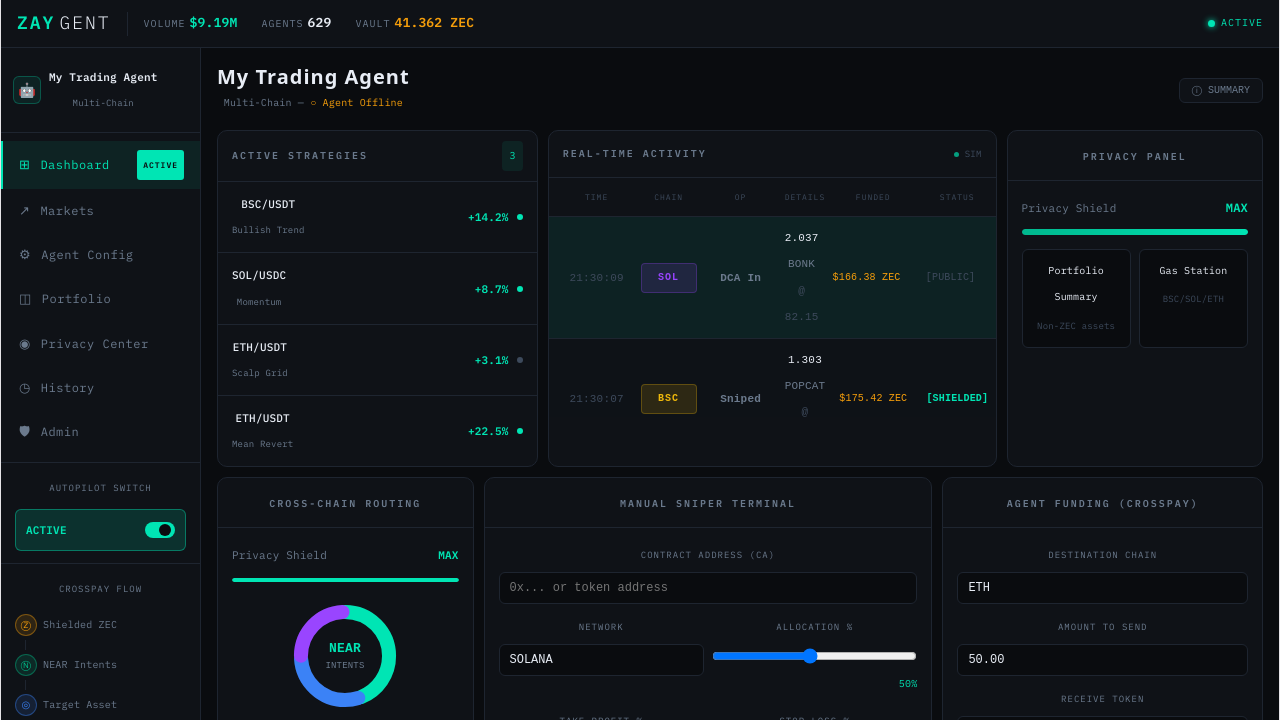
Repository: joshuaonazi/ZayAgent
Page: / (app in zaygent/)
The author's editor kept a copy of each file at every save. The page is drawn from the files as they stood at one save, then again after the next save.
The browser window is 1280 px wide. The pictures show the whole page.
The page's requests for data from a server got no answer. An inner scrolling area shows only its first screen. The project was rebuilt for these pictures with package versions that can differ from the ones it lists, and the page was loaded fresh each time. No one was signed in, and anything a server would have sent is missing. Also part of the build but not shown: zaygent/vite.config.js, zaygent/src/components/StatCard.jsx, zaygent/src/pages/Markets.jsx, zaygent/src/pages/AgentConfig.jsx, zaygent/src/components/PnLCard.jsx, zaygent/src/components/PnLCardModal.jsx, zaygent/src/hooks/useAgentPositions.js, zaygent/src/pages/Portfolio.jsx and 3 more.

Above is the page before, as saved 2026-06-19 22:10:54.

After the next save:
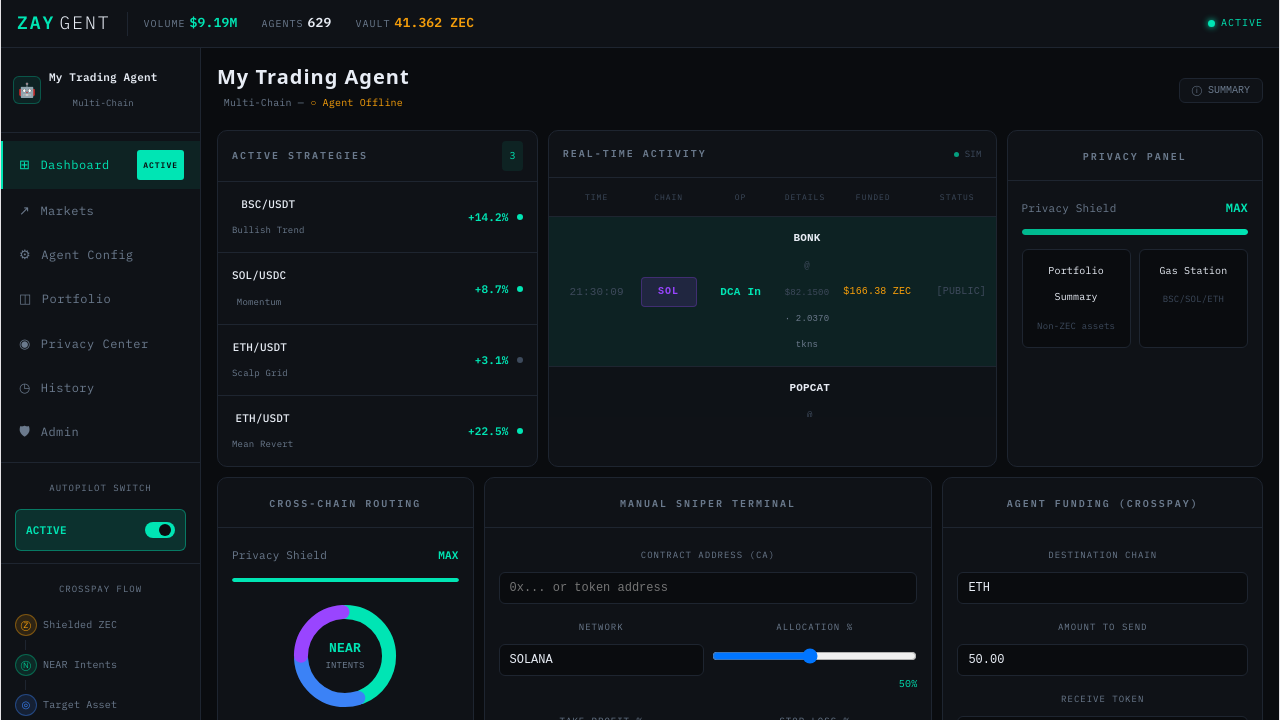
Saved 12 min 50 s later.
--- a/zaygent/src/components/ActivityRow.jsx
+++ b/zaygent/src/components/ActivityRow.jsx
@@ -2,6 +2,17 @@ import { COLORS } from "../constants/colors";
 import Badge from "./Badge";
 
 export default function ActivityRow({ item, fresh }) {
+  const isHolding = item.op === "Holding";
+  const isBought  = item.op === "Bought" || item.op === "Sniped" || item.op === "DCA In";
+  const isSold    = item.op === "TP Hit" || item.op === "SL Exit" || item.op === "Sold";
+
+  const formatPrice = (p) => {
+    if (!p || p === "—") return "—";
+    const n = parseFloat(p);
+    if (isNaN(n)) return "—";
+    return n < 0.01 ? `$${n.toFixed(6)}` : `$${n.toFixed(4)}`;
+  };
+
   return (
     <div style={{
       display: "grid",
@@ -17,15 +28,49 @@ export default function ActivityRow({ item, fresh }) {
     }}>
       <span style={{ color: COLORS.textMuted }}>{item.ts}</span>
       <Badge chain={item.chain} />
-      <span style={{ color: item.profit ? COLORS.teal : COLORS.textSecondary, fontWeight: 600 }}>
+      <span style={{
+        color: isSold ? COLORS.red : isHolding ? COLORS.amber : COLORS.teal,
+        fontWeight: 600,
+      }}>
         {item.op}
       </span>
-      <span style={{ color: COLORS.textPrimary }}>
-        {item.amount}{" "}
-        <span style={{ color: COLORS.textSecondary }}>{item.token}</span>{" "}
-        <span style={{ color: COLORS.textMuted }}>@ {item.price}</span>
+
+      {/* Details column */}
+      <div style={{ display: "flex", flexDirection: "column", gap: 2 }}>
+        <span style={{ color: COLORS.textPrimary, fontWeight: 600 }}>
+          {(item.token || "").trim()}
+        </span>
+        {isHolding && (
+          <span style={{ fontSize: 9, color: COLORS.textMuted }}>
+            PnL:{" "}
+            <span style={{ color: item.pnl?.startsWith("+") ? COLORS.green : COLORS.red, fontWeight: 700 }}>
+              {item.pnl || "—"}
+            </span>
+            {item.currentPrice !== "—" && item.currentPrice && (
+              <span style={{ color: COLORS.textMuted }}> · now {formatPrice(item.currentPrice)}</span>
+            )}
+          </span>
+        )}
+        {(isBought || isSold) && (
+          <span style={{ fontSize: 9, color: COLORS.textMuted }}>
+            @ {formatPrice(item.price)}
+            {item.amount && item.amount !== "—" && (
+              <span style={{ color: COLORS.textSecondary }}> · {parseFloat(item.amount).toFixed(4)} tkns</span>
+            )}
+          </span>
+        )}
+        {isSold && item.pnl && (
+          <span style={{ fontSize: 9, fontWeight: 700, color: item.pnl?.startsWith("+") ? COLORS.green : COLORS.red }}>
+            {item.pnl}
+          </span>
+        )}
+      </div>
+
+      {/* ZEC funded */}
+      <span style={{ color: COLORS.amber, fontSize: 10 }}>
+        {item.zec && item.zec !== "—" ? `$${item.zec} ZEC` : "—"}
       </span>
-      <span style={{ color: COLORS.amber, fontSize: 10 }}>${item.zec} ZEC</span>
+
       {item.shielded
         ? <span style={{ color: COLORS.teal,      fontSize: 10, fontWeight: 700 }}>[SHIELDED]</span>
         : <span style={{ color: COLORS.textMuted, fontSize: 10 }}>[PUBLIC]</span>
